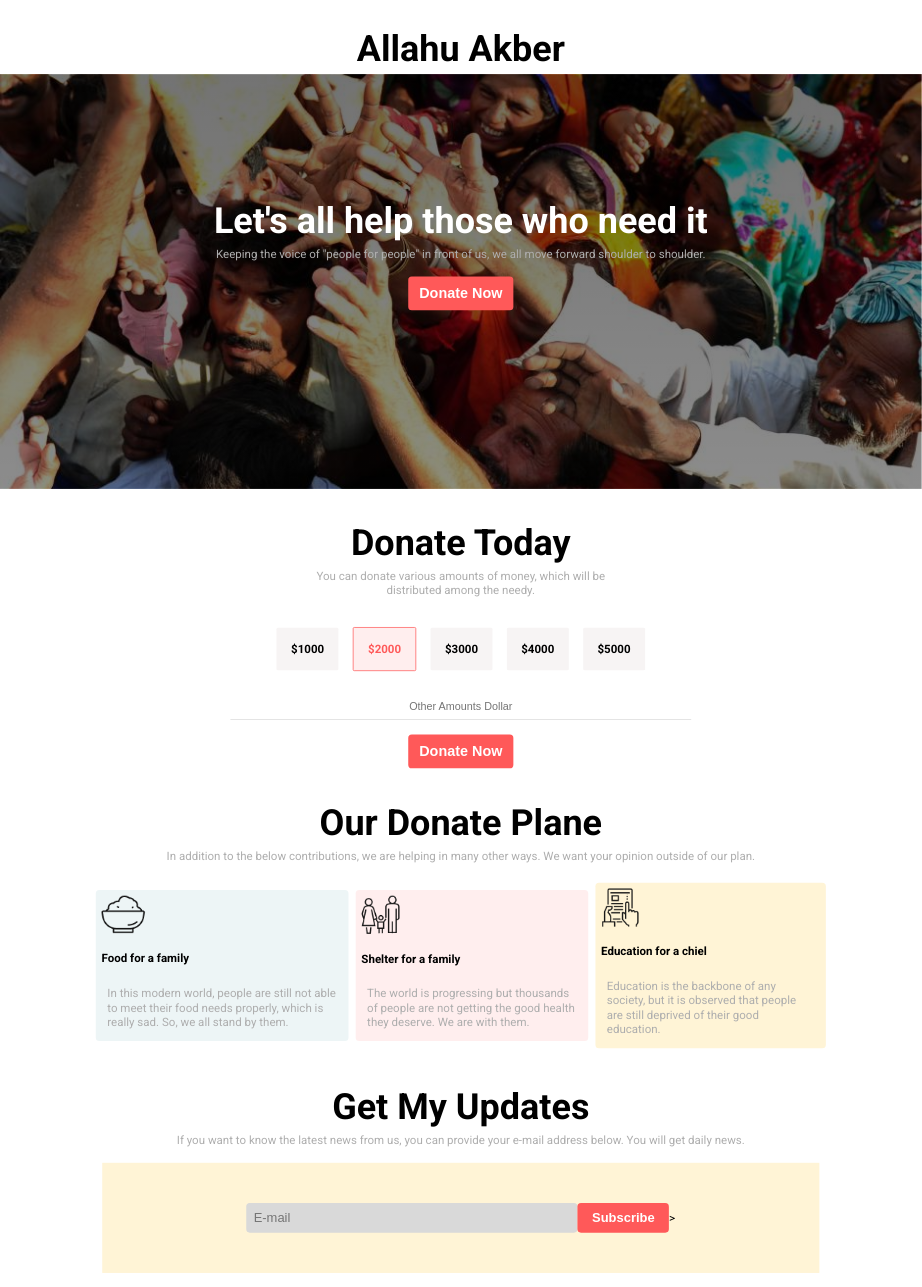
Repository: zjria/suppert-the-helpness
Page: index.html
The author's editor kept a copy of each file at every save. The page is drawn from the files as they stood at one save, then again after the next save.
The browser window is 1280 px wide. The pictures show the whole page, at 72% of full size.

Above is the page before, as saved 2022-08-26 19:51:18.

After the next save:
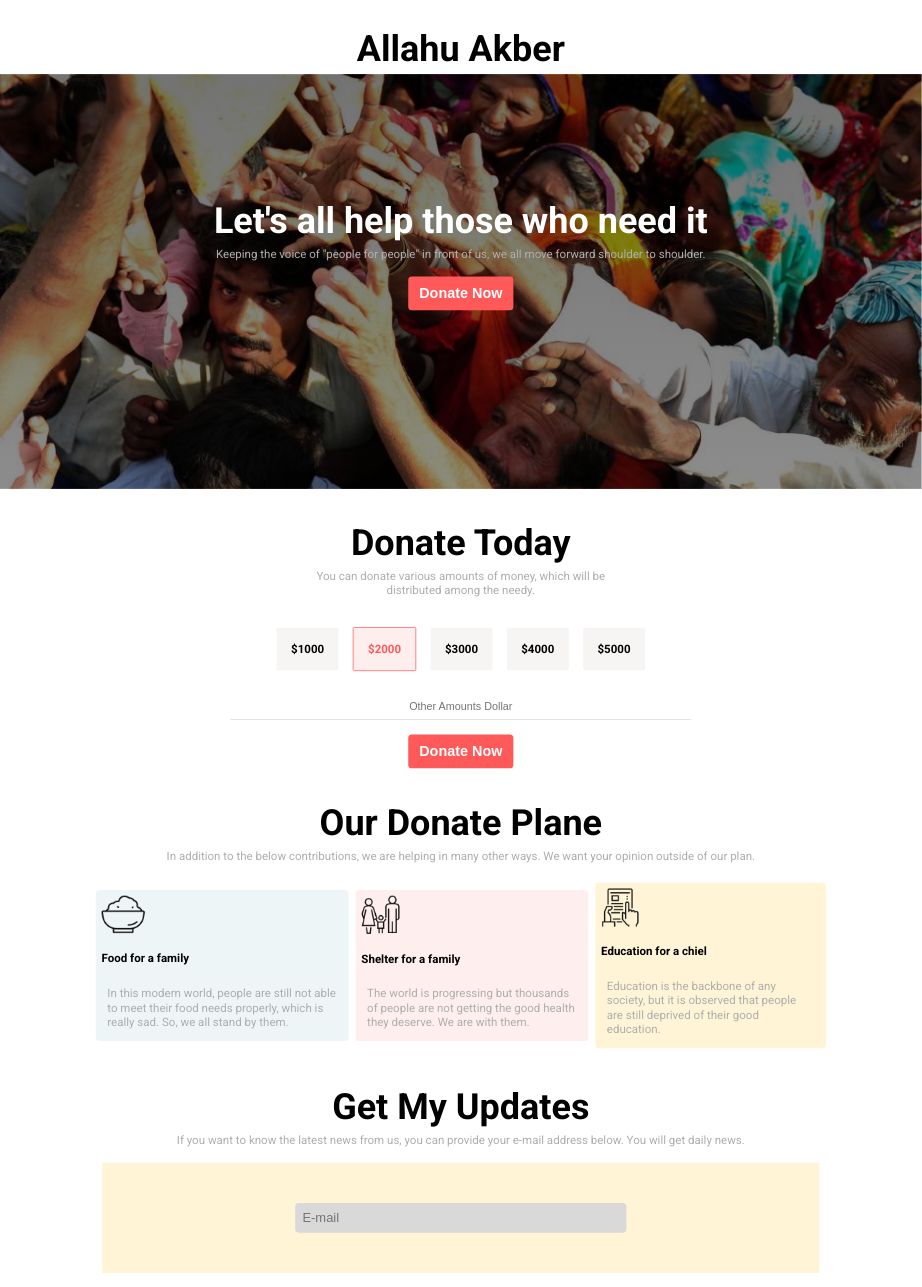
Saved 83 s later.
--- a/index.html
+++ b/index.html
@@ -80,8 +80,7 @@
         <p>If you want to know the latest news from us, you can provide your e-mail address below. You will get daily
             news.</p>
         <div class="color">
-            <input type="email" id="email" pattern=".+@globex\.com" size="40" required placeholder="E-mail"
-                <span><button class="button">Subscribe</button></span> >
+            <input type="email" id="email" pattern=".+@globex\.com" size="40" required placeholder="E-mail">
 
 
         </div>

After the save that followed:
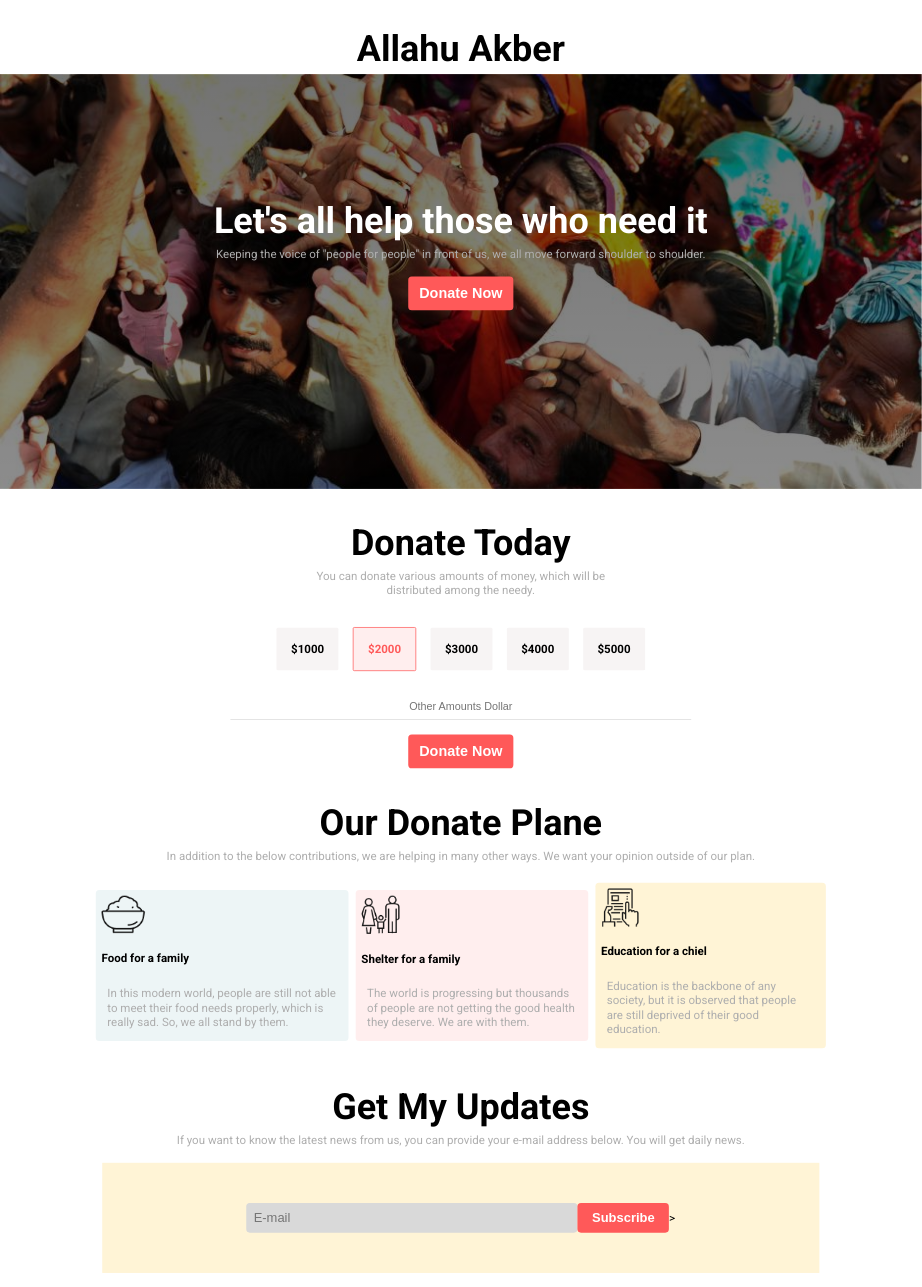
Saved 14 s later.
--- a/index.html
+++ b/index.html
@@ -80,7 +80,9 @@
         <p>If you want to know the latest news from us, you can provide your e-mail address below. You will get daily
             news.</p>
         <div class="color">
-            <input type="email" id="email" pattern=".+@globex\.com" size="40" required placeholder="E-mail">
+            <input type="email" id="email" pattern=".+@globex\.com" size="40" required placeholder="E-mail"
+                <span><button class="button">Subscribe</button></span>
+            >
 
 
         </div>
